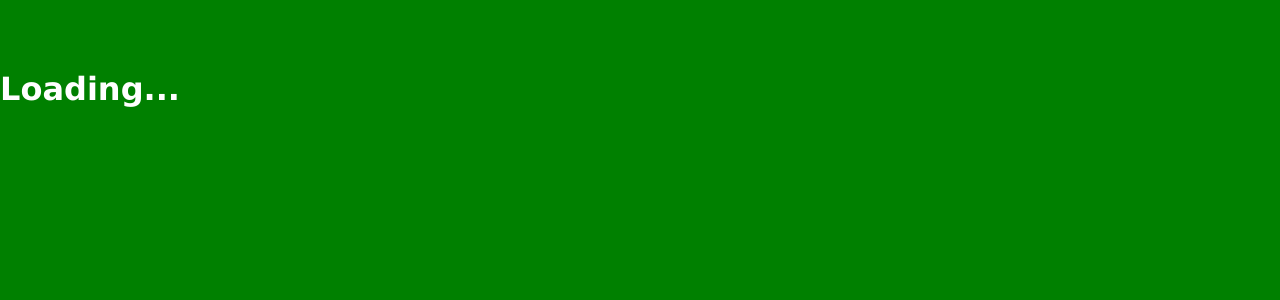
Repository: RathipriyaChandrasekaran/dotlite
Page: ConnectDots/index.html
An editor plug-in stored every save of this project. The page is shown before and after the next save, followed by the edit.
The browser window is 1280 px wide. The pictures show the whole page.

Above is the page before, as saved 2014-12-13 04:28:14.

### ConnectDots/index.html
<!DOCTYPE html>
<html>
<head>
    <meta charset="utf-8" />
    <meta name="viewport" content="width=device-width, initial-scale=1.0, maximum-scale=1.0">
    <meta name="description" content="Tizen basic template generated by Tizen Web IDE"/>

    <link rel="stylesheet" type="text/css" href="css/style.css"/>
    <script src="js/main.js"></script>
    <style>

    body{

     background-color: green;
    }

    h1{
     text-style: bold;
     text-size: 20px;
     margin-top:70px;
     color: white;
     margin-right: 30px;
    }
    </style>
   <!--   <script>
     window.onload=timeout;
     function timeout(){
         window.setTimeout("redirect()",5000);
         }
     function redirect(){
         window.location="";
         return;
         }

    </script> -->
</head>

<body >

 <h1> Loading...</h1>




</body>
</html>

### ConnectDots/css/style.css
* {
    font-family: Lucida Sans, Arial, Helvetica, sans-serif;
}

body {
    margin: 0px auto;
}

header h1 {
    font-size: 36px;
    margin: 0px;
}

header h2 {
    font-size: 18px;
    margin: 0px;
    color: #888;
    font-style: italic;
}

nav ul {
    list-style: none;
    padding: 0px;
    display: block;
    clear: right;
    background-color: #666;
    padding-left: 4px;
    height: 24px;
}

nav ul li {
    display: inline;
    padding: 0px 20px 5px 10px;
    height: 24px;
    border-right: 1px solid #ccc;
}

nav ul li a {
    color: #EFD3D3;
    text-decoration: none;
    font-size: 13px;
    font-weight: bold;
}

nav ul li a:hover {
    color: #fff;
}

article > header h1 {
    font-size: 20px;
    margin-left: 14px;
}

article > header h1 a {
    color: #993333;
}

article > header h1 img {
    vertical-align:middle;
}

article > section header h1 {
    font-size: 16px;
}

article p {
    clear: both;
}

footer p {
    text-align: center;
    font-size: 12px;
    color: #888;
    margin-top: 24px;
}

### ConnectDots/js/main.js
var startTime;
var checkTime;

//Initialize function
var init = function () {
	// TODO:: Do your initialization job
	console.log("init() called");

	// add eventListener for tizenhwkey
	document.addEventListener('tizenhwkey', function(e) {
		if(e.keyName == "back") {
			try {
				tizen.application.getCurrentApplication().exit();
			} catch (error) {
				console.error("getCurrentApplication(): " + error.message);
			}
		}
	});
};
// window.onload can work without <body onload="">
window.onload = init;

function startTime() {
	var today = new Date();
	var h = today.getHours();

	var m = today.getMinutes();
	var s = today.getSeconds();
	m = checkTime(m);
	s = checkTime(s);
	document.getElementById('divbutton1').innerHTML="Current time: " + h + ":" + m + ":" + s;
	var t = setTimeout(startTime, 250);
}

function checkTime(i) {
	if (i < 10) {
		i="0" + i;
	}
	return i;
}

After the next save:
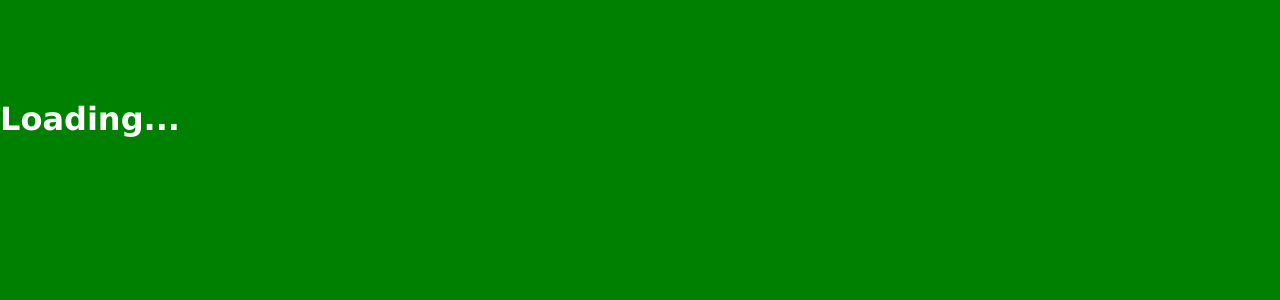
Saved 8 min 9 s later.
--- a/ConnectDots/index.html
+++ b/ConnectDots/index.html
@@ -17,7 +17,7 @@
     h1{
      text-style: bold;
      text-size: 20px;
-     margin-top:70px;
+     margin-top:100px;
      color: white;
      margin-right: 30px;
     }
